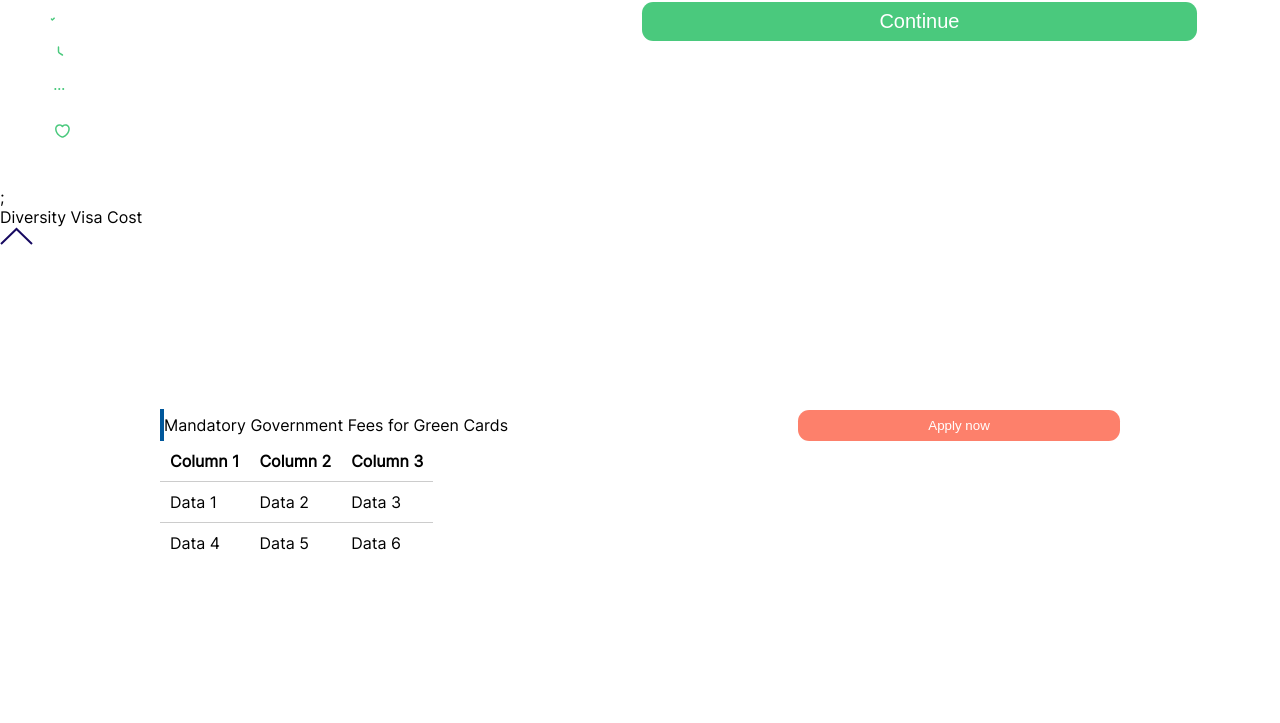
Repository: switch247/small_ui
Page: /, after clicking the first element matching `div.dropdown__clickable`
An editor plug-in stored every save of this project. The page is shown before and after the next save, followed by the edit.
The browser window is 1280 px wide. The pictures show the part of the page from y = 720 to 1443 px (the page is 1443 px tall before and 1251 px after).
The project was rebuilt for these pictures with package versions that can differ from the ones it lists, and the page was loaded fresh each time.

Above is the page before, as saved 2023-10-12 17:02:33.

After the next save:
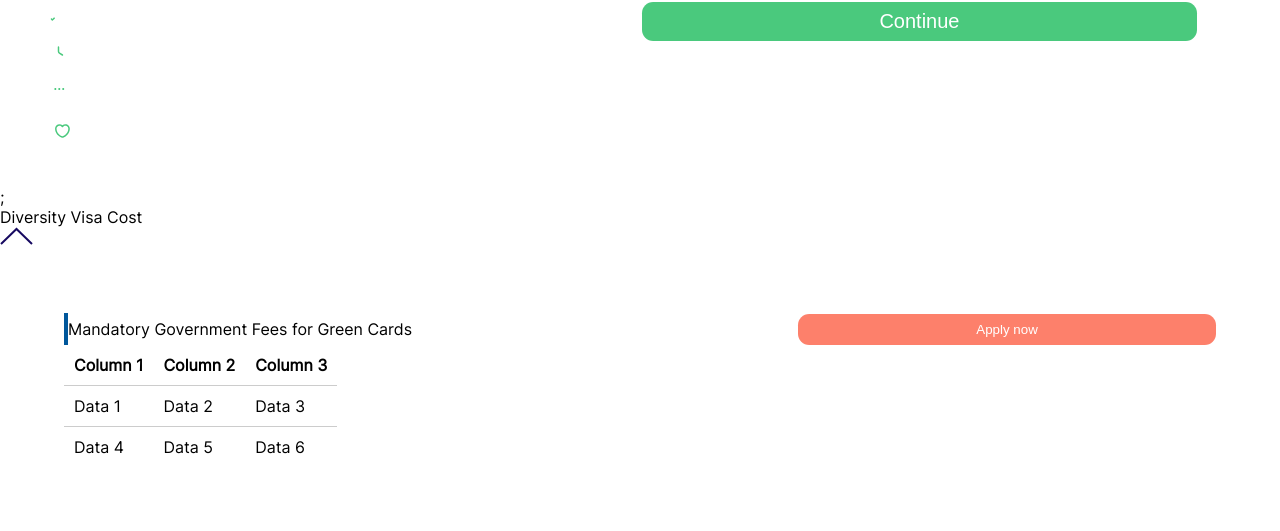
Saved 43 s later.
--- a/src/css/components/Table.css
+++ b/src/css/components/Table.css
@@ -1,6 +1,6 @@
 .tableview__container {
   /* width: 100%; */
-  margin: 10rem;
+  margin: 4rem;
 }
 .tableview__header {
   display: flex;
